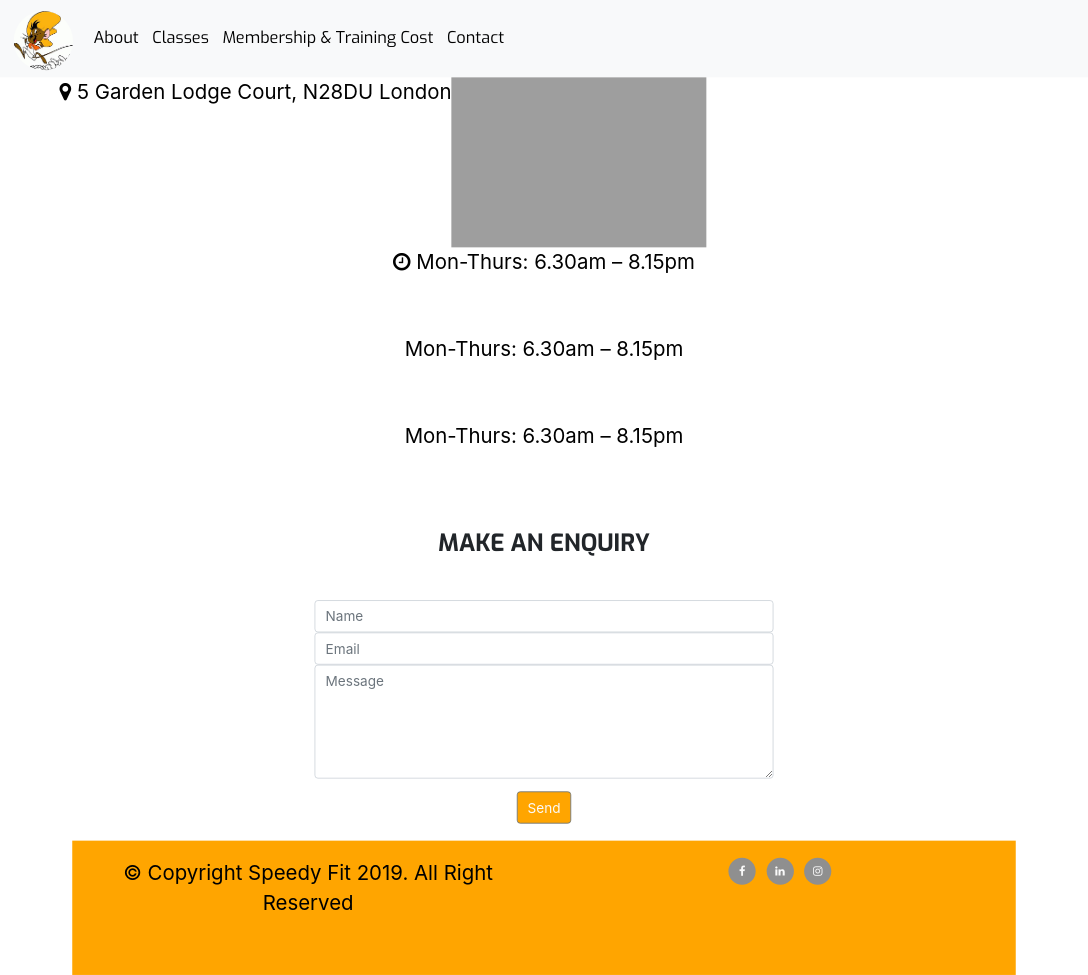
Repository: marcomoreschi/Milestrone-project
Page: contact.html
The author's editor kept a record of every edit. The page is drawn from the files as they stood at one moment, then again after the next edit.
The browser window is 1280 px wide. The pictures show the whole page, at 85% of full size.
Pictures or frames that could not be fetched are drawn as grey boxes. Some web libraries are served in a nearby version.

Above is the page before.

After the next edit:
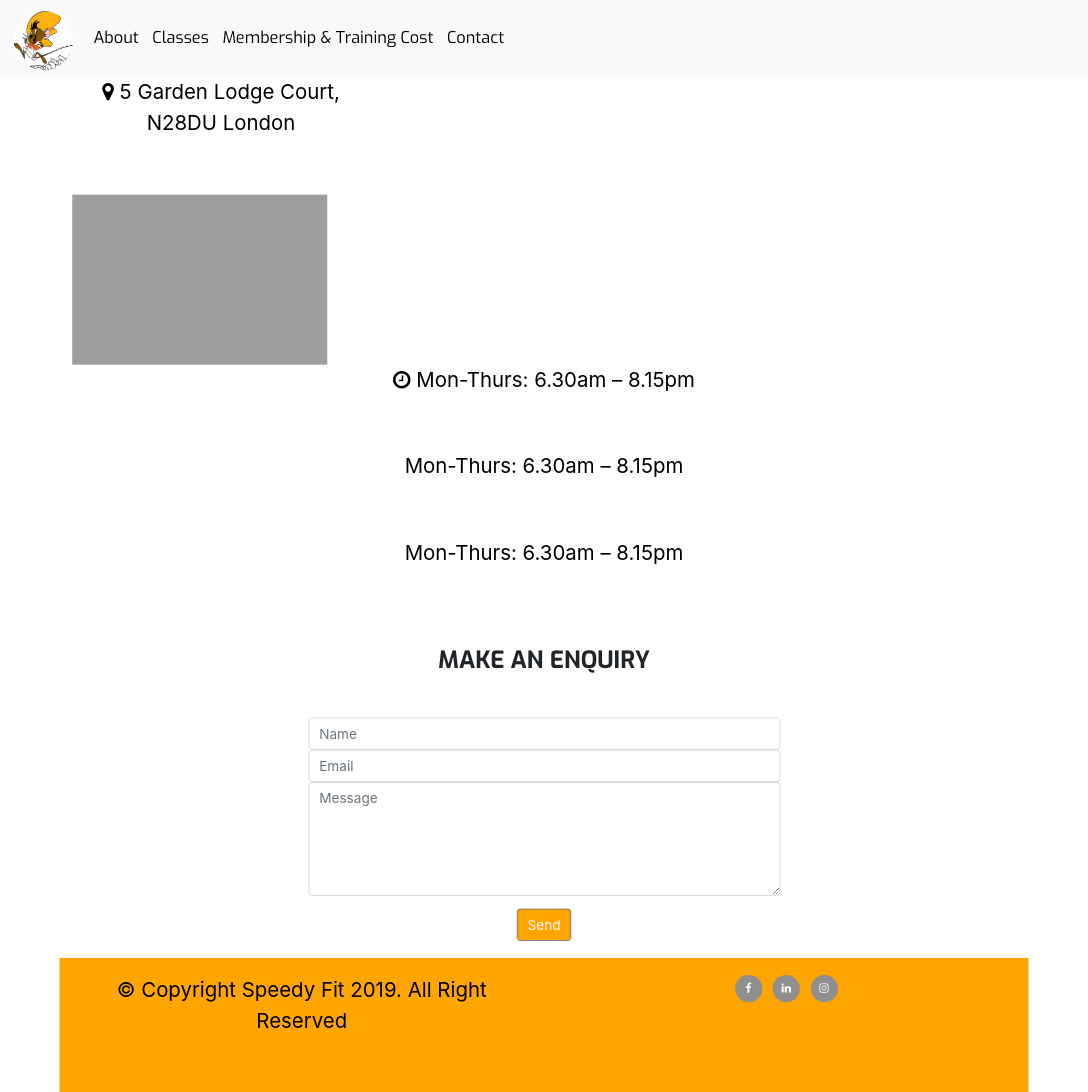
The edit:
--- a/contact.html
+++ b/contact.html
@@ -45,7 +45,7 @@
 
     <section class="container location-gym">
         <div class="row">
-
+            <div class="col-sm-4">
         <p> <i class="fa fa-map-marker" aria-hidden="true"></i> 5 Garden Lodge Court, N28DU London</p>
 
 <!-- Link Google Maps -->
